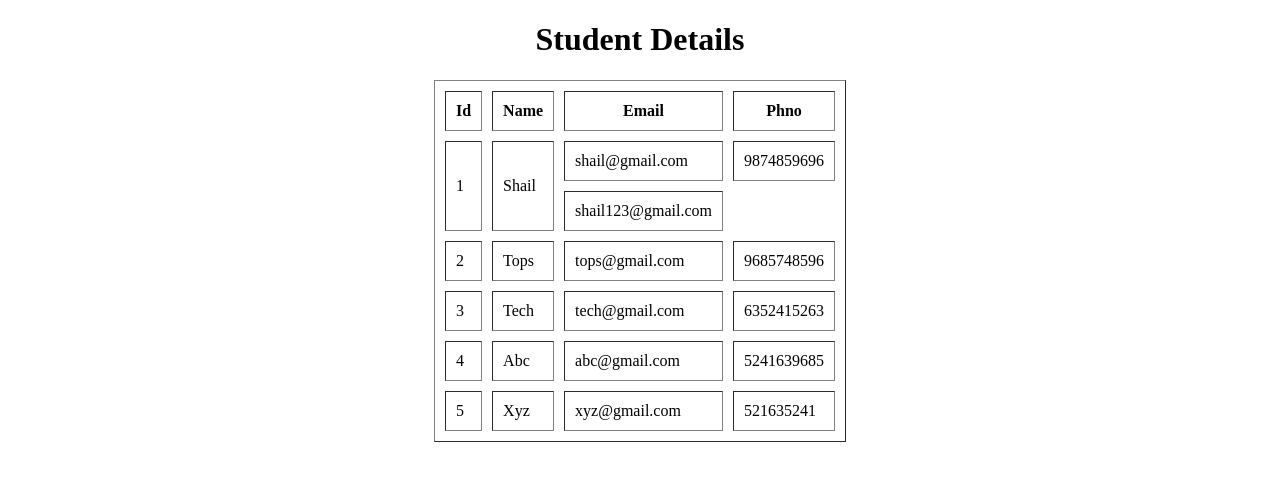
Repository: Chintan-elite/Java_Shail
Page: Learning_web/src/main/webapp/Table.html
The author's editor kept a copy of each file at every save. The page is drawn from the files as they stood at one save, then again after the next save.
The browser window is 1280 px wide. The pictures show the whole page.

Above is the page before, as saved 2023-09-11 11:48:42.

After the next save:
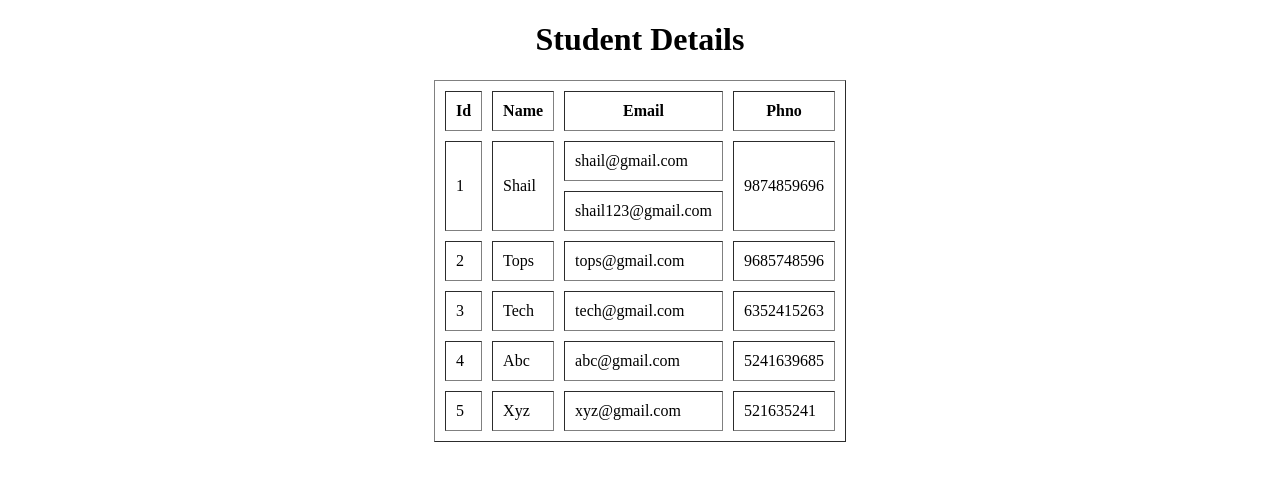
Saved 9 s later.
--- a/Learning_web/src/main/webapp/Table.html
+++ b/Learning_web/src/main/webapp/Table.html
@@ -19,7 +19,7 @@
 			<td rowspan="2">1</td>
 			<td rowspan="2">Shail</td>
 			<td>shail@gmail.com</td>
-			<td>9874859696</td>
+			<td rowspan="2">9874859696</td>
 		</tr>
 
 		<tr>
